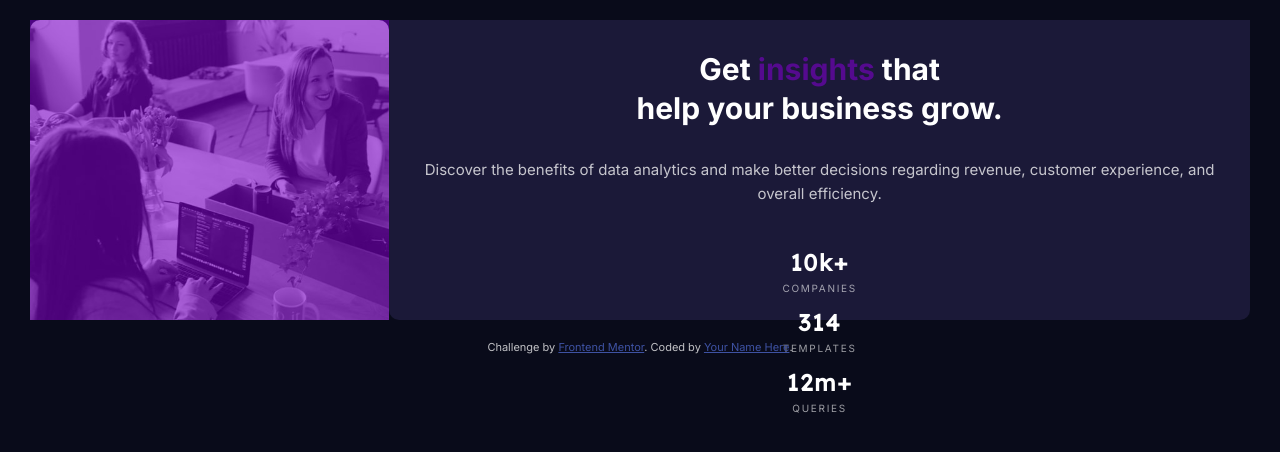
Repository: DejV44/stats-preview-card-component-main
Page: index.html
The author's editor kept a copy of each file at every save. The page is drawn from the files as they stood at one save, then again after the next save.
The browser window is 1280 px wide. The pictures show the whole page.
The style sheet was rebuilt from its Sass, Less or Tailwind sources for each picture, by a compiler version that may differ from the author's.

Above is the page before, as saved 2021-07-09 13:00:10.

### index.html
<!DOCTYPE html>
<html lang="en">
<head>
  <meta charset="UTF-8">
  <meta name="viewport" content="width=device-width, initial-scale=1.0"> <!-- displays site properly based on user's device -->

  <link rel="icon" type="image/png" sizes="32x32" href="./images/favicon-32x32.png">
  <link rel="stylesheet" href="/css/style.css">


  <title>Frontend Mentor | Stats preview card component</title>
</head>
<body>
  <div class="container">
    <div class="picture">
      <div class="overlay"></div>
    </div>
    <div class="card">
      <h1>Get <span>insights</span> that <br>help your business grow.</h1>

      <p>Discover the benefits of data analytics and make better decisions regarding revenue, customer
      experience, and overall efficiency.</p>

      <ul>
        <li><span>10k+</span> companies</li>
        <li><span>314</span> templates</li>
        <li><span>12m+</span> queries</li>
      </ul>
    </div>
  </div>


  <div class="attribution">
    Challenge by <a href="https://www.frontendmentor.io?ref=challenge" target="_blank">Frontend Mentor</a>.
    Coded by <a href="#">Your Name Here</a>.
  </div>
</body>
</html>

### css/style.scss
$mainBackground: hsl(233, 47%, 7%);
$cardBackground: hsl(244, 38%, 16%);
$accent: hsla(277, 100%, 40%, 0.589);

$mainHeading: hsl(0, 0%, 100%);
$mainParagraph: hsla(0, 0%, 100%, 0.75);
$statHeadings: hsla(0, 0%, 100%, 0.6);

@import url("https://fonts.googleapis.com/css2?family=Inter:wght@400;700&display=swap");

@import url("https://fonts.googleapis.com/css2?family=Lexend+Deca&display=swap");

* {
  margin: 0;
  padding: 0;
  box-sizing: border-box;
}

body {
  font-family: "Inter", sans-serif;
  font-size: 15px;
  background-color: $mainBackground;

  .container {
    margin: 20px 30px;
    border-radius: 10px;
    .picture {

      border-radius: 10px 10px 0 0;
      background: url("/images/image-header-mobile.jpg");
      background-position: center;
      background-size: cover;
      background-repeat: no-repeat;
      height: 300px;

      .overlay {
        background-color: $accent;
        background-size: cover;
        height: 300px;
      }
    }

    .card {
        border-radius: 0 0 10px 10px;
        background: $cardBackground;
        text-align: center;

        h1 {
            margin: 0 auto;
            padding: 30px 25px;
            color: $mainHeading;
            text-align: center;
            line-height: 1.3;
            span {
                color: $accent;
                line-height: 1.3;
            }
        }
        p {
          color: $mainParagraph;
          padding: 0 20px 20px 20px;
          margin-bottom: 15px;
          line-height: 24px;
        }

        ul {
          padding-bottom: 15px;
          font-size: 10px;
          letter-spacing: 1.7px;
          color: $statHeadings;
          li {
            list-style: none;
            text-transform: uppercase;
            padding: 7px 0;


            span {
              padding-bottom: 5px;
              display: block;
              text-transform: lowercase;
              font-family: "lexend Deca" ,sans-serif;
              font-weight: 700;
              font-size: 23px;
              color: $mainHeading;
            }
          }
        }
    }
  }

  .attribution {
    font-size: 11px;
    text-align: center;
    color: $mainParagraph;

    a {
      color: hsl(228, 45%, 44%);
    }
  }
}

@media (min-width:768px) {
  body {



    .container {
      display: flex;
      flex-direction: row;
      justify-content: center;
      flex-wrap: nowrap;

      .picture {
        flex-grow: 0;
        align-content: flex-end;
        width: 400px;

      }

      .card {

        height: 300px;
        width: 300;

      }
    }
  }
}

After the next save:
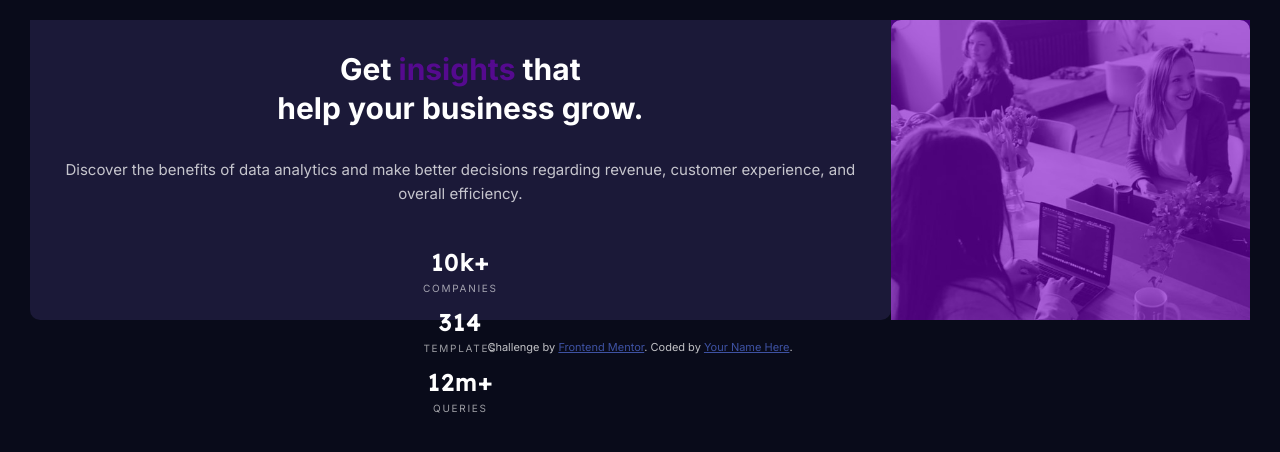
Saved 11 s later.
--- a/css/style.scss
+++ b/css/style.scss
@@ -106,7 +106,7 @@ body {
 
     .container {
       display: flex;
-      flex-direction: row;
+      flex-direction: row-reverse;
       justify-content: center;
       flex-wrap: nowrap;
 
